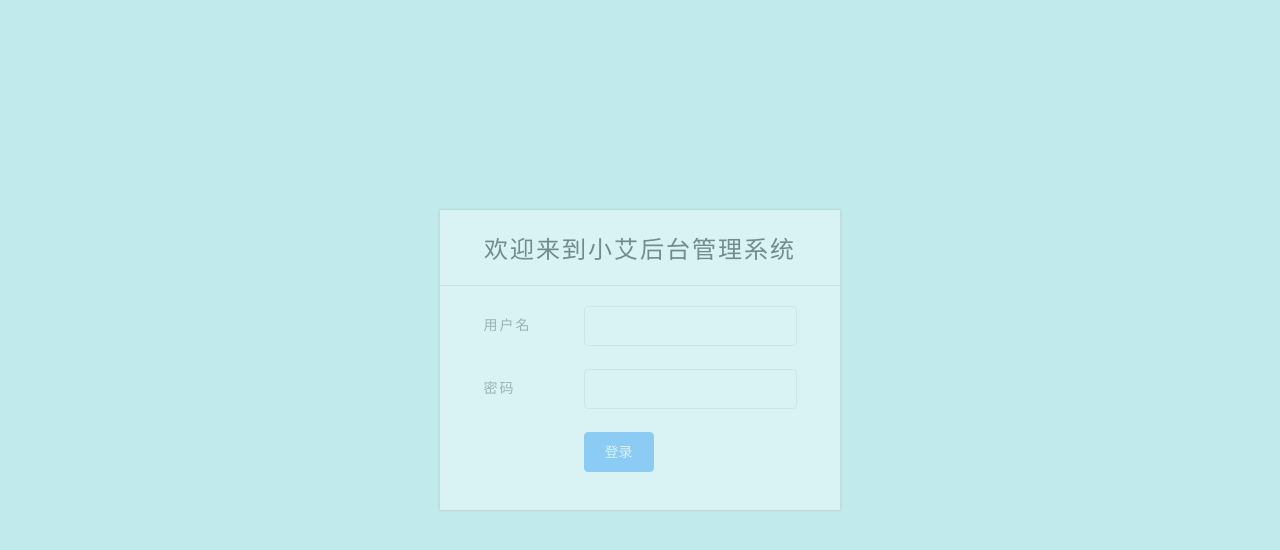
Repository: noob-injoker/router-slots-cw-ee
Page: /Login
An editor plug-in stored every save of this project. The page is shown before and after a run of saves, followed by the edit.
The browser window is 1280 px wide. The pictures show the whole page.
The project was rebuilt for these pictures with package versions that can differ from the ones it lists, and the page was loaded fresh each time. Also part of the build but not shown: vue.config.js, src/views/Home.vue, src/views/Layout.vue.

Above is the page before, as saved 2020-08-29 19:39:17.

### src/main.js
import Vue from 'vue'
import App from './App.vue'
import router from './router'
import store from './store'
import './bus'
import ElementUI from 'element-ui'
import 'element-ui/lib/theme-chalk/index.css'

Vue.use(ElementUI)

Vue.config.productionTip = false

new Vue({
  router,
  store,
  render: h => h(App)
}).$mount('#app')

### src/App.vue
<template>
<div id="app">

  <router-view />

</div>
</template>

<style>
@import './styles/styles.scss';
@import './styles/common.scss';
</style>

### src/router/index.js
import Vue from 'vue'
import VueRouter from 'vue-router'
import Home from '../views/Home.vue'
import Layout from '../views/Layout.vue'

Vue.use(VueRouter)

  const routes = [
    {
      path: '/',
      name: 'Layout',
      component: Layout,
      children: [

        {
          path: '',
          name: 'Home',
          component: Home
        }
        // ,
        // {
        //   path: 'cata',
        //   name: 'cata',
        //   component: () => import('../views/cata.vue')
        // }
      ]

    },
    {
      path:'/Login',
      name:"Login",
      component: () => import('../views/Login.vue'),
      meta:{
        title:'登录'
      }
    },
  // ,
  // {
  //   path: '/about',
  //   name: 'About',
  //   // route level code-splitting
  //   // this generates a separate chunk (about.[hash].js) for this route
  //   // which is lazy-loaded when the route is visited.
  //   component: () => import(/* webpackChunkName: "about" */ '../views/About.vue')
  // }

]

const router = new VueRouter({
  mode: 'history',
  base: process.env.BASE_URL,
  routes
})

export default router

### src/store/index.js
import Vue from 'vue'
import Vuex from 'vuex'
import user from './user/user'

Vue.use(Vuex)

export default new Vuex.Store({
  state: {
    some:""
  },
  mutations: {
    setSome(state,data){
      state.some = data
    }
  },
  actions: {
  },
  modules: {
    user
  }
})

### src/bus/index.js
import Vue from 'vue'
const bus = new Vue()
Vue.prototype.$bus = bus

### src/styles/styles.scss
.username .el-form-item__label,.password .el-form-item__label{
    text-align: left;
}

### src/styles/common.scss
*{
  margin: 0px;
  padding: 0px;
}

.df{
  display: flex;
}
.f-1{
  flex: 1;
}
.j-center{
  display: flex;
  justify-content: center;

}
.j-bettween{
  display: flex;
  justify-content: space-between;

}
.j-around{
  display: flex;
  justify-content: space-around;
}
.j-end{
  display: flex;
  justify-content: flex-end;
}
.a-center{
  align-items: center;
}
.f-column{
  display: flex;
  flex-direction: column;
}
.p-r{
  position: relative;
}
.p-a{
  position: absolute;
}

.r1{
  border: 1px solid red;
}
.y1{
  border: 1px solid yellow;
}
.b1{
  border: 1px solid black;
}

.l-height32{
  line-height: 32px;
}
.w100{

  width: 100%;

}
.t-center{
  text-align: center;

}
.f12{
  font-size: 12px;
}

.w1170{
  width: 1170px;
}
.h100{
  height: 100px;
}
.h70{
  height: 70px;
}
.h436{
  height: 436px;
}
.h350{
  height: 350px;
}
.w1070{
  width: 1070px;
}
.h1590{
  height: 1590px;
}
.h726{
  height: 726px;
}
.w1054{
  width: 1054px;
}
.h160{
  height: 160px;
}
.w732{
  width: 732px;
}
.b2{
  border: 2px solid black;
}
.h434{
  height: 434px;

}
.h600{
  height: 600px;
}
.w1078{
  width: 1078px;
}
.h362{
  height: 362px;
}
.fs16{
  font-size: 16px;
}
.w652{
  width: 652px;

}
.h82{
  height: 82px;
}
.w1064{
  width: 1064px;
}
.h352{
  height: 352px;
}
.w286{
  width: 286px;
}
.h22{
  height: 22px;
}
.w290{
  width: 290px;
}
.h330{
  height: 330px;
}
.mt40{
  margin-top: 40px;
}
.h724{
  height: 724px;
}
.h630{
  height: 630px;

}
.w1058{
  width: 1058px;
}
.h160{
  height: 160px;
}
.w290{
  width: 290px;
}
.w738{
  width: 738px;
}
.w1170{
  width: 1170;
}
.h468{
  height: 468px;
}
.mt20{
  margin-top: 20px;
}
.h318{
  height: 318px;
}
.w652{
  width: 652px;
}
.w370{
  width: 370px;
}
.h314{
  height: 314px;
}
.g1{
  border: 1px solid gray;
}
.w146{
  width: 146px;
}
.box_content3_pic img{
  width: 100%;
  height: 100%;
}
.w488{
  width: 488px;
}
.h420{
  height: 420px;
}
.h234{
  height: 234px;
}
.w950{
  width: 950px;
}
.h68{
  height: 68px;
}
.w124{
  width: 124px;
}
.h50{
  height: 50px;
}
.w190{
  width: 190px;
}
.h44{
  height: 44px;
}
.w184{
  width: 184px;
}
.h32{
  height: 32px;
}
.h400{
  height: 400px;
}
.w1200{
  width: 1200px;
}
.w950{
  width: 950px;

}
.h630{
  height: 630px;
}
.h188{
  height: 188px;
}
.h380{
  height: 380px;
}
.h335{
  height: 335px;
}
.h138{
  height: 138px;
}
.w238{
  width: 238px;
}
.h668{
  height: 668px;
}
.h446{
  height: 446px;
}
.w460{
  width: 460px;
}
.w140{
  width: 140px;
}
.h140{
  height: 140px;
}
.w320{
  width: 320px;
}
.w950{
  width: 950px;

}
.h498{
  height: 498px;
}
.h100{
  height: 100px;
}
.h398{
  height: 398px;
}
.mb10{
  margin-bottom: 10px;
}
.w358{
  width: 358px;
}
.w440{
  width: 440px;
}
.w119{
  width: 119px;
}
.h30{
  height: 30px;
}
.w59{
  width: 59px;
}
.h88{
  height: 88px;
}
.w1000{
  width: 1000px;
}
.height{
  height: 460px;
}
.w120{
  width: 120px;
}
.h70{
  height: 70px;
}
.fs12{
  font-size: 12px;
}
.fs14{
  font-size: 14px;
}
.h509{
  height: 509px;
}
.w644{
  width: 644px;
}
.w274{
  width: 274px;
}
.w162{
  width: 274px;
}
.h104{
  height: 104px;
}
.w450{
  width: 450px;
}
.w162{
  width: 162px;
}
.h38{
  height: 38px;
}
.h40{
  height: 40px;
}
.w276{
  width: 276px;
}
.h320{
  height: 320px;
}
.w274{
  width: 274px;

}
.h76{
  height: 76px;
}
.h84{
  height: 84px;
}
.h140{
  height: 140px;
}
.h72{
  height: 72px;
}
.h80{
  height: 80px;
}
.h140{
  height: 140px;
}
.w98{
  width: 98px;
}
.w172{
  width: 172px;
}
.h310{
  height: 310px;
}
.h150{
  height: 150px;
}
.h40{
  height: 40px;
}
.pr{
  position: relative;
}
.pa{
  position: absolute;
}
.h176{
  height: 176px;
}
.w920{
  width: 920px;
}
.h122{
  height: 122px;
}
.h145{
  height: 145px;
}
.h108{
  height: 108px;
}
.h48{
  height: 48px;
}
.w612{
  width: 612px;
}
.h36{
  height: 36px;
}
.w322{
  width: 322px;
}
.w1002{
  width: 1002px;
}
.h98{
  height: 98px;
}
.h44{
  height: 44px;
}

.h328{
  height: 328px;
}
.w670{
  width: 670px;
}
.w258{
  width: 258px;
}
.h368{
  height: 368px;
}
.h308{
  height: 308px;
}
.w332{
  width: 332px;
}
.h590{
  height: 590px;
}
.h466{
  height: 466px;
}
.w242{
  width: 242px;
}
.w732{
  width: 732px;
}
.h42{
  height: 42px;
}
.w420{
  width: 420px;
}
.w270{
  width: 270px;
}
.w730{
  width: 730px;
}
.h150{
  height: 150px;
}
.w270{
  width: 270px;
}
.h120{
  height: 120px;
}
.w420{
  width: 420px;
}

.h150{
  height: 150px;
}
.w244{
  width: 244px;

}
.h276{
  height: 276px;
}
.h42{
  height: 42px;
}
.h490{
  height: 490px;
}
.f1{
  flex: 1;
}
.f5{
  flex: 5;
}
.h64{
  height: 64px;
}
.m-l-20{
  margin-left: 20px;
}
.p-l-8{

  padding-left: 8px;
}
.cw{
  color: white;
}
.bg_blue{
  background: rgb(87, 87, 128);
}
.p10{
  padding:10px;
}
.m-t-40{
  margin-top: 40px;
}
.m-t-10{
  margin-top: 10px;
}
.wb20{
  width: 20%;
}
.wb24{
  width: 24%;
}
.hb30{
  height: 30%;
}
.h60{
  height: 60px;
}
.fs22{
  font-size: 40px;
}
.h50{
  height: 50px;
}
.w200{
  width: 200px;
}
.m-t-10{
  margin-top: 10px;
}
.fw7{
  font-weight: 700;
}
.w200{
  width: 200px;
}
.h200{
  height: 200px;
}
.h602{
  height: 602px;
}
.h608{
  height: 607px;
}
.m-l-r-20{
  margin-left: 20px;
  margin-right: 20px;
}
.bgwhite{
  background: white;
}
.fixed{
  position: fixed;
}
.m-l-r-15{
  margin-left: 15px;
  margin-right: 15px;
}
.m-l-10{
  margin-left: 10px;
}
.m-t-15{
  margin-top:15px
}
.h40{
  height: 40px;
}
.bgw{
  background: white;
}
.h30{
  height: 30px;
}
.wb100{
  width: 100%;
}
.w300{
  width: 400px;
}
.h40{
  height: 40px;
}
.m-b-20{
  margin-bottom: 20px;
}
.m-t-20{
  margin-top: 20px;
}
.m-r-30{
  margin-right:30px;
}
.ccc{
  display: flex;
  align-items: center;
  justify-content: center;
}
.w00{
  width: 100%;

}
.h00{
  height: 100%;
}
.bgBlue{
  background: blue;
}
.bgBlack{
  background: black;
}
.bgGreen{
  background: green;
}

### src/views/Login.vue
<template>
<div class="box">

  <div class="login-box">
    <div class="title ">欢迎来到小艾后台管理系统</div>
    <div class="line"></div>
    <el-form :model="ruleForm" :rules="rules" ref="ruleForm" label-width="100px" class="demo-ruleForm">

      <div class="username">
        <el-form-item label="用户名" prop="用户名">
          <el-input v-model="ruleForm.username"></el-input>
        </el-form-item>
      </div>

      <div class="password">
        <el-form-item label="密码" prop="密码">
          <el-input type="password" v-model="ruleForm.password"></el-input>
        </el-form-item>
      </div>

      <el-form-item>

        <el-button type="primary" @click="submitForm('ruleForm')">登录</el-button>

      </el-form-item>

    </el-form>
  </div>
</div>
</template>

<script>
export default {
  name: '',
  props: {},
  components: {

  },
  data() {
    return {
      ruleForm: {
        username: '',
        password: "",
      },
      rules: {
        username: [{
            required: true,
            message: '请输入用户名',
            trigger: 'blur'
          },
          {
            min: 3,
            max: 5,
            message: '长度在 3 到 5 个字符',
            trigger: 'blur'
          }
        ],
        password: [{
            required: true,
            message: '请输入密码',
            trigger: 'blur'
          },
          {
            min: 3,
            max: 5,
            message: '长度在 3 到 5 个字符',
            trigger: 'blur'
          }
        ]
      }

    }
  },
  methods: {

    submitForm(formName) {
      this.$refs[formName].validate((valid) => {
        if (valid) {
          this.$store.dispatch('user/login', {
            username: this.ruleForm.username,
            password: this.ruleForm.password
          })
          alert('submit!');

        } else {
          console.log('error submit!!');
          return false;
        }
      });
    }

  },
  mounted() {

  },
  watch: {

  },
  computed: {

  }
}
</script>

<style lang="scss" scoped>
.line {
  text-align: left !important;
}

.line {
  margin: 20px auto;
  width: 100%;
  height: 1px;
  background: rgb(216, 212, 212);
}

.b1 {
  border: 1px solid red;
}

.title {
  margin-top: 20px;
  font-size: 24px;
}

.el-input__inner {
  background: white;
}

.box {
  letter-spacing: 2px;
  background: rgb(192, 234, 236);
  width: 100%;
  height: 100%;
  position: absolute;

}

.login-box {
  position: absolute;
  margin: auto;
  left: 0;
  right: 0;
  top: 0;
  bottom: 0;
  width: 400px;
  height: 300px;
  background: white;
  box-shadow: 0 0 3px rgb(177, 140, 140);
  display: flex;
  flex-direction: column;
  align-items: center;
  opacity: 0.4;

}
</style>

### src/store/user/user.js
import api from '../../http/api'
import router from '../../router'
import {Message} from 'element-ui'

export default {
  // 开启命名空间 这个文件就是单独的一个vuex的模块
  namespaced: true,
  state: {
    menus: []
  },
  mutations: {
    setMenus(state, data) {
      state.menus = data
    }
  },
  actions: {
    // 所有的请求都写在actions里面
    // action里面的方法可以传两个参数 第一个参数是整个store(vuex对象) 第二个参数是请求的参数
    async getMenus({commit}) {
      let res = await api.getMenus()
      if (res.meta.status === 200) {
        // 提交mutation
        commit('setMenus', res.data)
      }
    },
    async login({commit}, {username, password}) {
      console.log(commit);
      let res = await api.login({
        username,
        password
      })
      if (res.meta.status === 200) {
        // 存储信息
        localStorage.setItem('adminToken', res.data.token)
        localStorage.setItem('adminUser', JSON.stringify(res.data))
        // 跳转路由
        router.push('/Home')
        // 提示用户
        Message.success('登录成功')
      } else {
        Message.error(res.meta.msg)
      }
    }
    // getMenus() {
    //   api.getMenus().then().catch()
    // }
  },
}

### src/http/api.js
import service from './index'

export default {
  login({username, password}) {
    return service.post('/login', {
      username,
      password
    })
  },
  getMenus() {
    return service.get('menus')
  }
}

### src/http/index.js
import axios from 'axios'
import nprogress from 'nprogress'
import {Message} from 'element-ui'


// 运行环境: 本地环境:devlpment 和线上(生产)环境: production
const isPro = process.env.NODE_ENV === 'production'

// 创建一个axios的实例
const service = axios.create({
  // 基础路径: 需要根据当前的运行环境来判断
  baseURL: isPro ? '线上的接口路径' : '/api',
  // 超时时间
  timeout: 100000
})


// 请求拦截: 每一次发请求都会做的事情
service.interceptors.request.use((config) => {
  nprogress.start()
  // 前后端鉴权
  // jwt: JSON WEB TOKEN
  // 登录成功之后 后端会返回一个令牌
  let token = localStorage.getItem('adminToken')
  if (token) {
    // 需要在请求头当中添加token
    config.headers['Authorization'] = token
  }
  return config
}, err => {
  nprogress.done()
  return Promise.reject(err)
})


// 响应拦截: 每一次接口返回数据的时候都会做的事情
service.interceptors.response.use((res) => {
  nprogress.done()
  return res.data
}, err => {
  if (err.response && err.response.status) {
    // 错误请求的状态码
    let status = err.response.status
    if (status === 400) {
      Message.error('参数错误')
    }
    if (status === 401) {
      Message.error('登录过期,请重新登录')
    }
    if (status === 403) {
      Message.error('没有权限')
    }
    if (status === 404) {
      Message.error('接口路径错误')
    }
    if (status === 500) {
      Message.error('服务器出错')
    }
    if (status === 503) {
      Message.error('服务器在维护')
    }
  }
  return Promise.reject(err)
})


export default service

Loaded but not shown: public/index.html (common file)

After the next 3 saves:
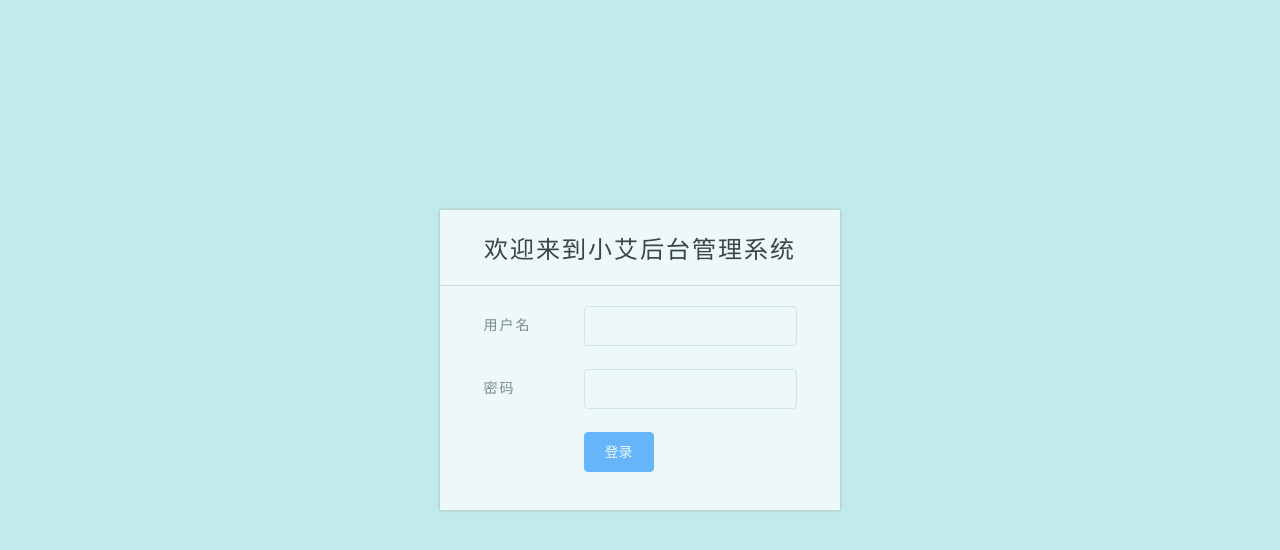
The 3 saves are shown as one change because they came seconds apart.
The last was saved 9 s later.
--- a/src/views/Login.vue
+++ b/src/views/Login.vue
@@ -150,7 +150,7 @@ export default {
   display: flex;
   flex-direction: column;
   align-items: center;
-  opacity: 0.4;
+  opacity: 0.7;
 
 }
 </style>
